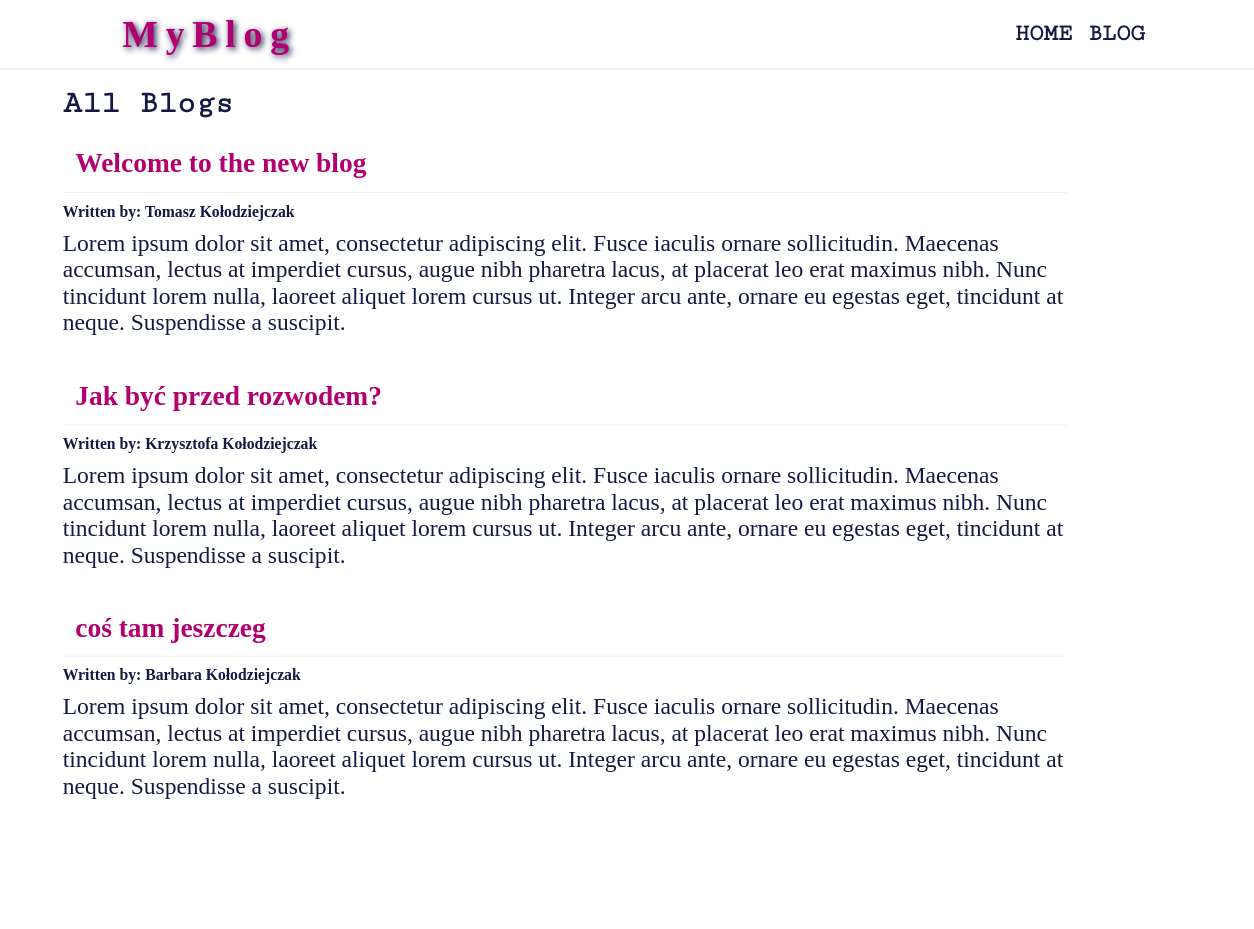
Repository: KrzysKolo/myBlog
Page: /
These files come from the project's save history. The page is drawn as it stood at one moment and after the next save; the edit follows.
The browser window is 1280 px wide. The pictures show the whole page, at 98% of full size.
Some web fonts or font styles are not loaded; a fallback is used. The project was rebuilt for these pictures with package versions that can differ from the ones it lists, and the page was loaded fresh each time. Requests to the local data server were answered from the project's data file. Also part of the build but not shown: src/pages/Blog/Blog.css, src/pages/Blog/Blog.js, src/pages/BlogNote/BlogNote.css, src/pages/BlogNote/BlogNote.js.

Above is the page before, as saved 2021-04-27 10:55:41.

After the next save:
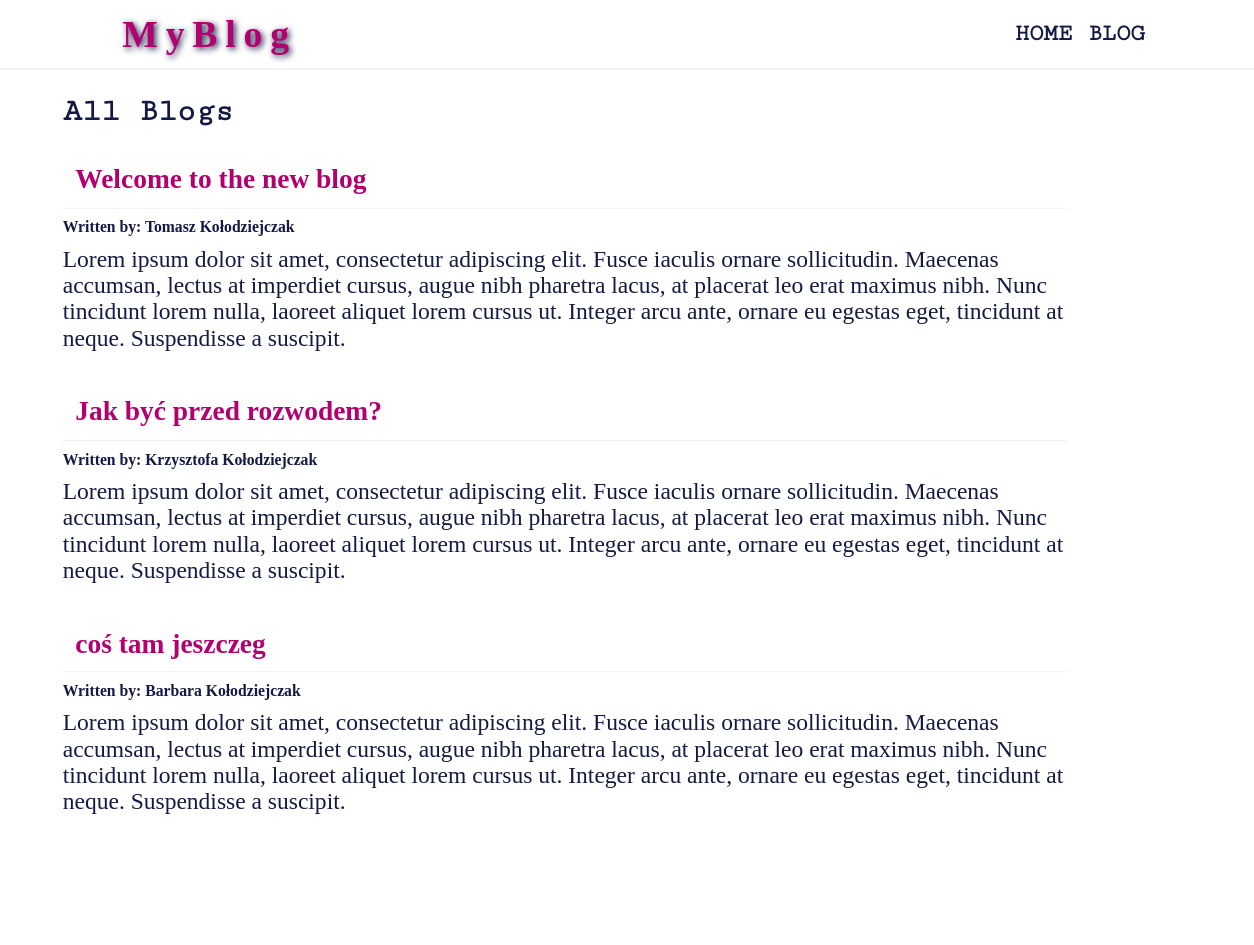
Saved 29 s later.
--- a/src/components/BlogList/BlogList.css
+++ b/src/components/BlogList/BlogList.css
@@ -20,7 +20,7 @@
   font-size: 1.5rem;
 }
 .blog-title {
-  margin: 1rem auto;
+  margin: 1.5rem auto;
   font-size: 2rem;
   color: #151a44;
   font-family: "Cutive Mono", monospace;
